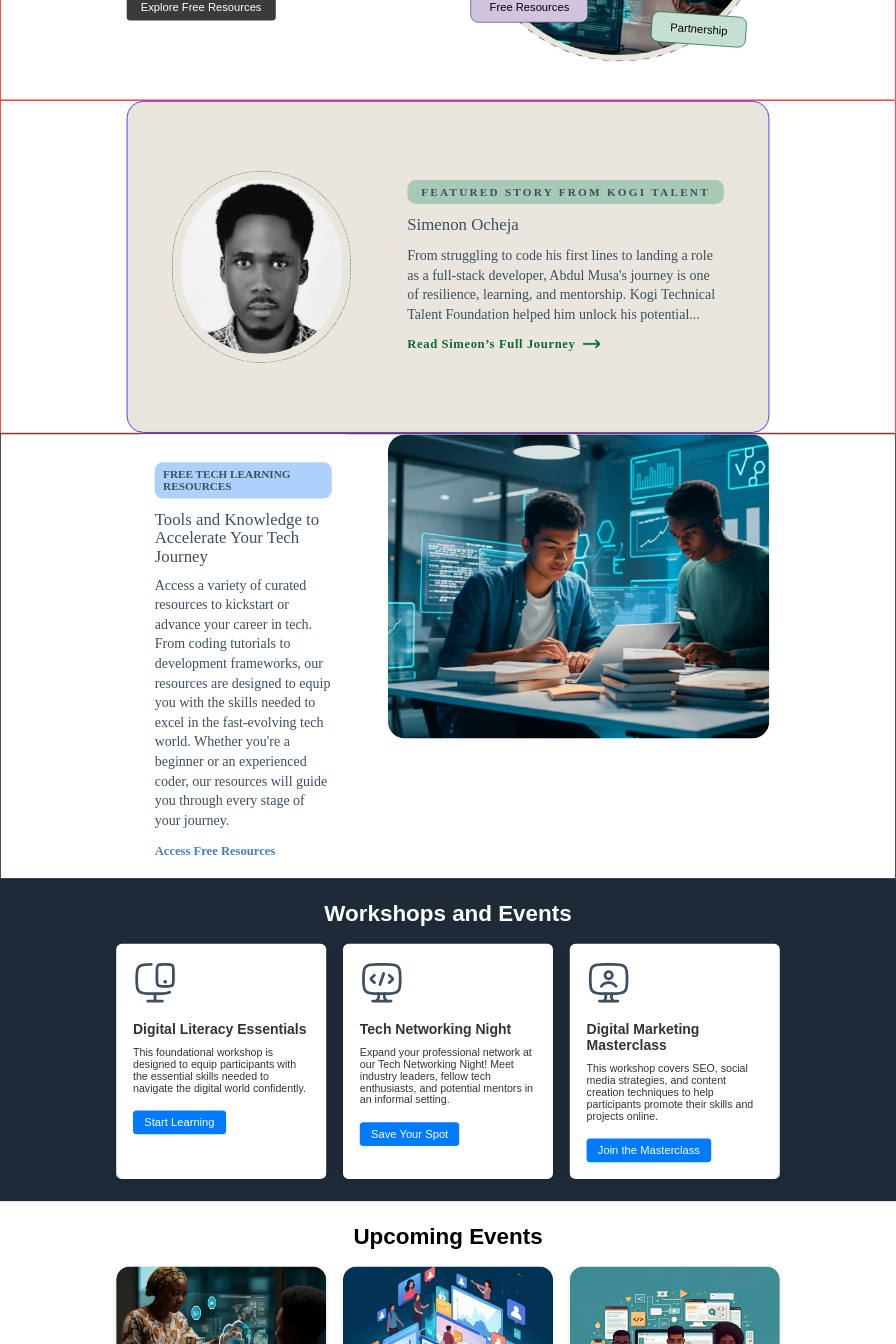
Repository: Cryptim/3MTT-Kogi-Foundation
Page: index.html
The author's editor kept a copy of each file at every save. The page is drawn from the files as they stood at one save, then again after a run of saves.
The browser window is 1280 px wide. The pictures show the part of the page from y = 455 to 2375 px (the page is 7379 px tall), at 70% of full size.

Above is the page before, as saved 2024-11-15 02:37:05.

After the next 5 saves:
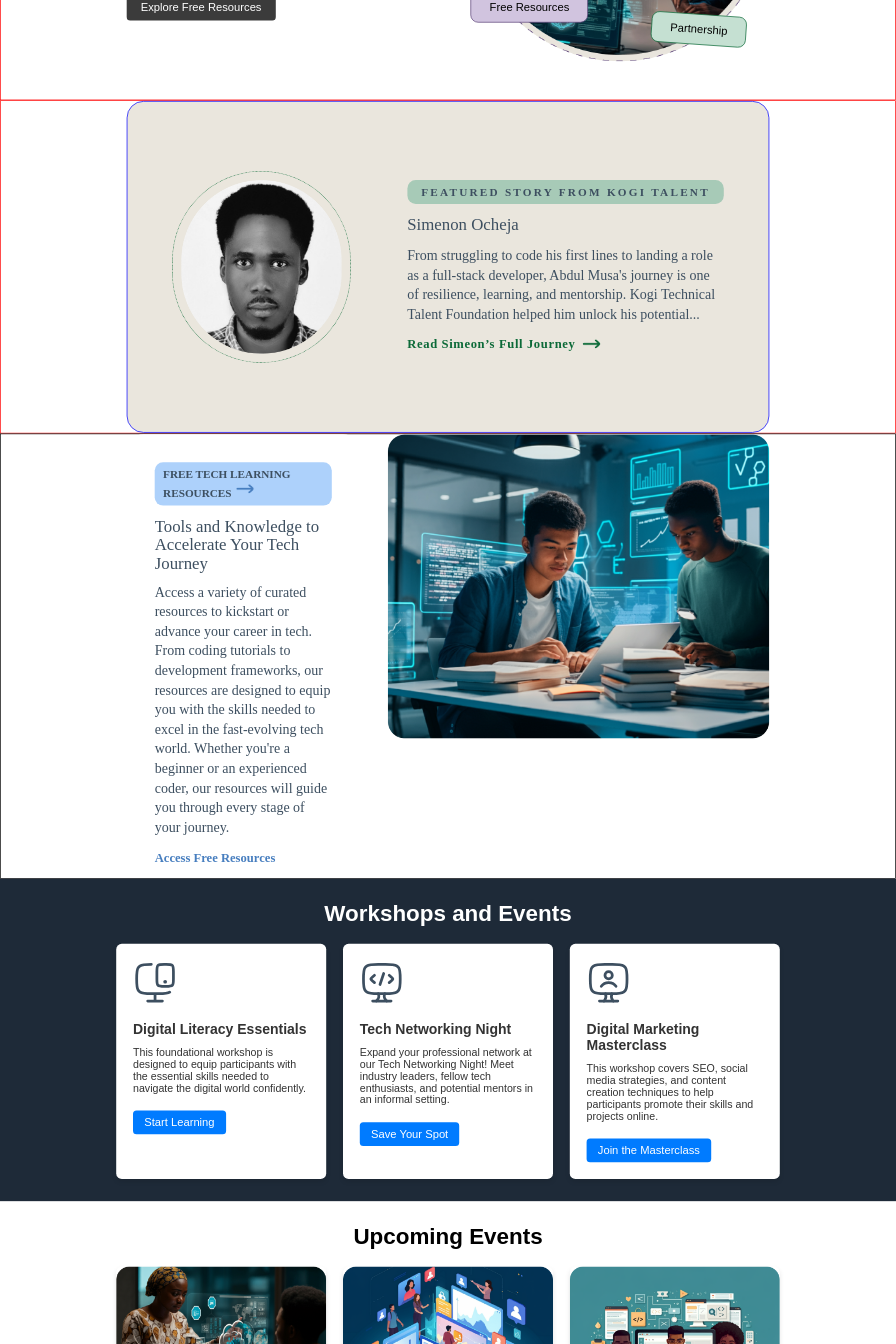
The 5 saves are shown as one change because they came seconds apart.
The last was saved 59 s later.
--- a/index.html
+++ b/index.html
@@ -113,7 +113,7 @@
             "
             >Free Tech Learning Resources</span
           >
-          <img src="" alt="">
+          <img src="./assets/images/icons/arrow-right-02 blue.png" alt="">
         </div>
         <h3
           style="
